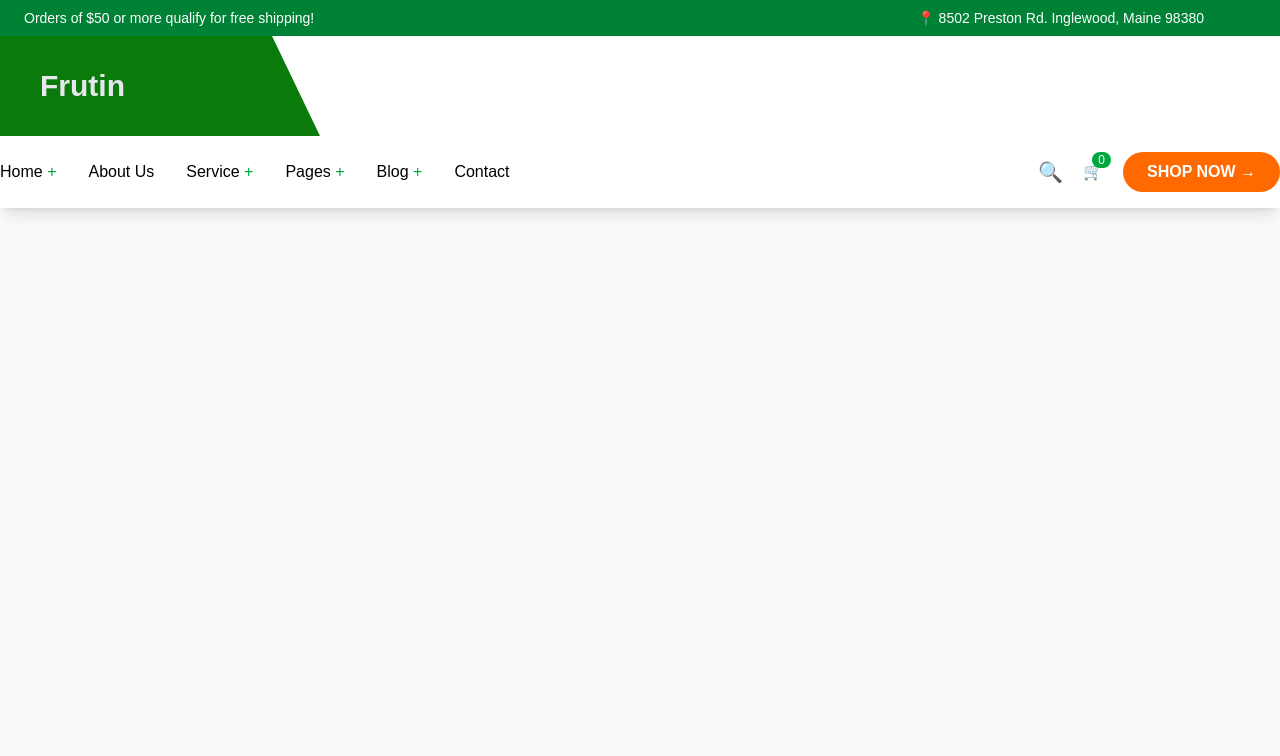
Repository: sawon687/Ass-scic-9-Ecomerce-Project
Page: /
An editor plug-in stored every save of this project. The page is shown before and after a run of saves, followed by the edit.
The browser window is 1280 px wide. The pictures show the whole page.
The project was rebuilt for these pictures with package versions that can differ from the ones it lists, and the page was loaded fresh each time. The framework's server and built-in components were replaced by stand-ins that run in the browser. Also part of the build but not shown: next.config.mjs.

Above is the page before, as saved 2026-01-13 23:05:23.

### src/app/layout.js
import { Geist, Geist_Mono } from "next/font/google";
import "./globals.css";
import Navbar from "./Components/Navbar/Navbar";

const geistSans = Geist({
  variable: "--font-geist-sans",
  subsets: ["latin"],
});

const geistMono = Geist_Mono({
  variable: "--font-geist-mono",
  subsets: ["latin"],
});

export const metadata = {
  title: "Create Next App",
  description: "Generated by create next app",
};

export default function RootLayout({ children }) {
  return (
    <html lang="en">
      <body
        className={`${geistSans.variable} ${geistMono.variable} antialiased`}
      >
        <Navbar></Navbar>
        {children}
      </body>
    </html>
  );
}

### src/app/page.jsx
import Image from "next/image";

export default function Home() {
  return (
    <div className="flex min-h-screen items-center justify-center bg-zinc-50 ">

    </div>
  );
}

### src/app/globals.css
@import "tailwindcss";

:root {
  --background: #ffffff;

}



body {
  background: var(--background);
  color: var(--foreground);
  font-family: Arial, Helvetica, sans-serif;
}


.brand-wrap {
  width: 320px;
  height: 100px;
  background: #0a7a0a; /* green */
  clip-path: polygon(
    0 0,
    85% 0,
    100% 100%,
    0 100%
  );
  display: flex;
  align-items: center;
  padding-left: 40px;
}

### src/app/Components/Navbar/Navbar.jsx
import React from 'react';

const Navbar = () => {
    return (
        <div className=''>
           {/* <!-- TOP INFO BAR --> */}
<div class="bg-green-700 text-white text-sm">
  <div class="max-w-7xl mx-auto flex justify-between items-center px-6 py-2">
    <p>Orders of $50 or more qualify for free shipping!</p>
    <div class="flex items-center gap-4">
      <span>📍 8502 Preston Rd. Inglewood, Maine 98380</span>
      <span class="flex gap-3">
        <i class="fab fa-facebook-f"></i>
        <i class="fab fa-twitter"></i>
        <i class="fab fa-instagram"></i>
        <i class="fab fa-linkedin-in"></i>
      </span>
    </div>
  </div>
</div>


{/* <!-- MAIN NAVBAR --> */}
<nav class="bg-white w-full fixed shadow-lg">
   {/* <!-- LOGO --> */}
    <div class="flex items-center brand-wrap  gap-2 h-full bg-green-700  w-xs">
      <span class="text-3xl font-bold text-gray-200">Frutin</span>
    </div>
  <div class="max-w-7xl mx-auto  py-4 flex items-center justify-between">



    {/* <!-- MENU --> */}
    <ul class="hidden md:flex items-center gap-8 font-medium">
      <li class="hover:text-green-600 cursor-pointer">Home <span class="text-green-600">+</span></li>
      <li class="hover:text-green-600 cursor-pointer">About Us</li>
      <li class="hover:text-green-600 cursor-pointer">Service <span class="text-green-600">+</span></li>
      <li class="hover:text-green-600 cursor-pointer">Pages <span class="text-green-600">+</span></li>
      <li class="hover:text-green-600 cursor-pointer">Blog <span class="text-green-600">+</span></li>
      <li class="hover:text-green-600 cursor-pointer">Contact</li>
    </ul>

    {/* <!-- RIGHT ACTIONS --> */}
    <div class="flex items-center gap-5">
      {/* <!-- Search --> */}
      <button class="text-xl">🔍</button>

      {/* <!-- Cart --> */}
      <div class="relative">
        🛒
        <span class="absolute -top-2 -right-2 bg-green-600 text-white text-xs px-1.5 rounded-full">
          0
        </span>
      </div>

      {/* <!-- Button --> */}
      <button class="bg-orange-500 hover:bg-orange-600 text-white px-6 py-2 rounded-full font-semibold">
        SHOP NOW →
      </button>
    </div>

  </div>
</nav>

        </div>
    );
};

export default Navbar;

After the next 2 saves:
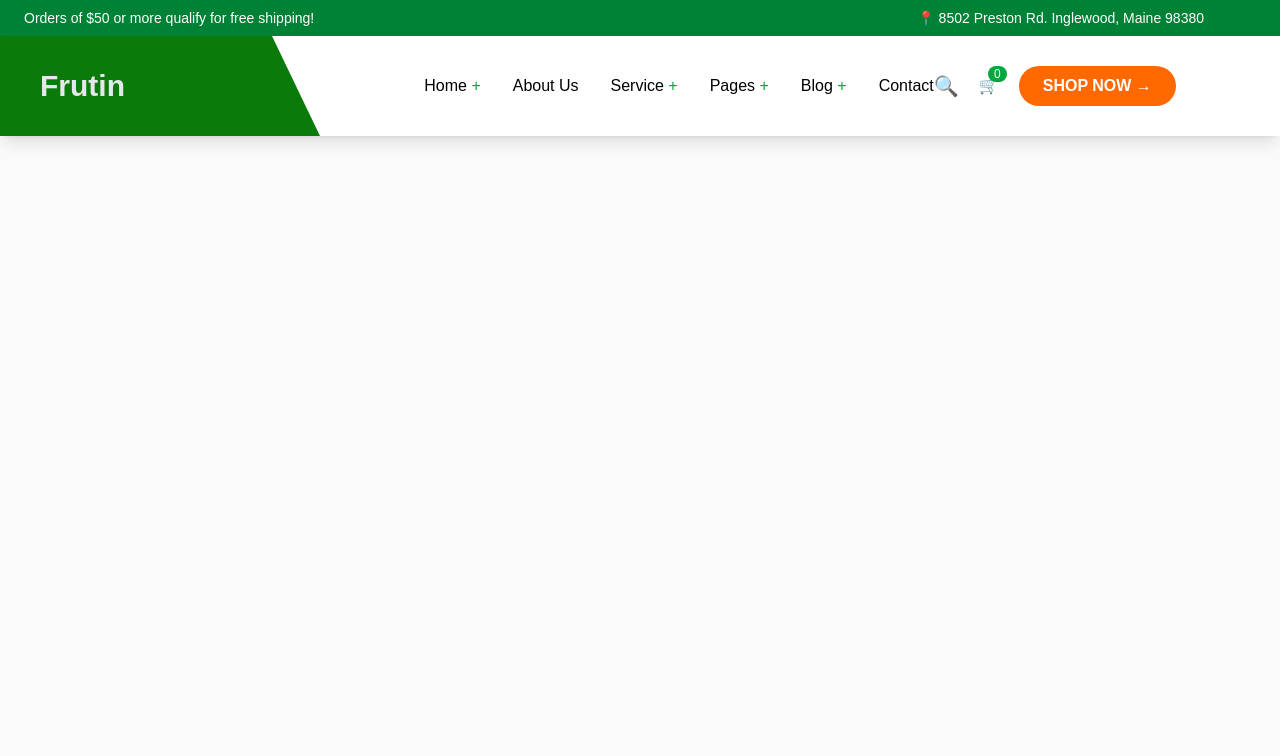
The 2 saves are shown as one change because they came seconds apart.
The last was saved 7 s later.
--- a/src/app/Components/Navbar/Navbar.jsx
+++ b/src/app/Components/Navbar/Navbar.jsx
@@ -21,7 +21,7 @@
 
 
 {/* <!-- MAIN NAVBAR --> */}
-<nav class="bg-white w-full fixed shadow-lg">
+<nav class="bg-white w-full flex fixed shadow-lg">
    {/* <!-- LOGO --> */}
     <div class="flex items-center brand-wrap  gap-2 h-full bg-green-700  w-xs">
       <span class="text-3xl font-bold text-gray-200">Frutin</span>
